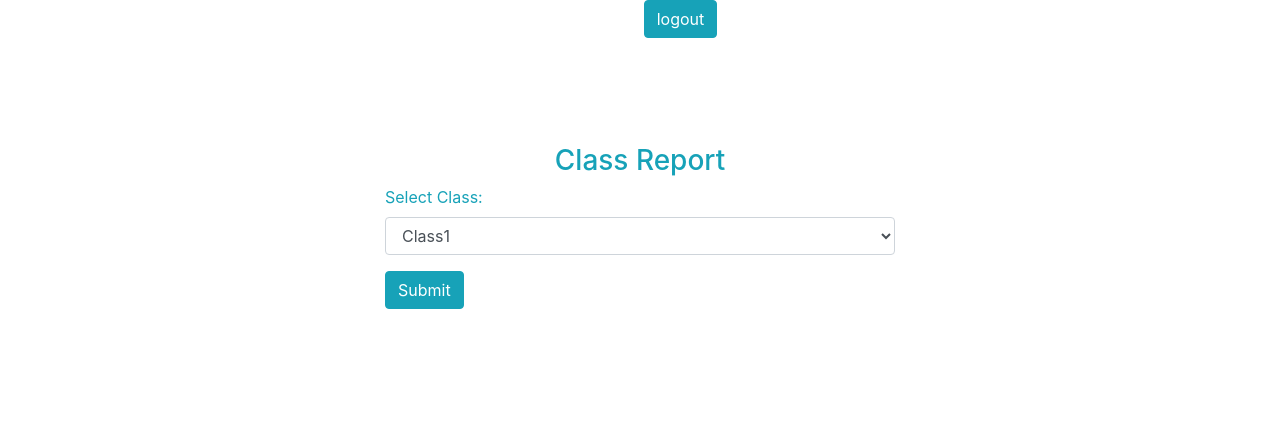
Repository: sindurup/Phase2Project
Page: http://localhost/LearnersAcademyPro/classInfo.jsp
An editor plug-in stored every save of this project. The page is shown before and after the next save, followed by the edit.
The browser window is 1280 px wide. The pictures show the whole page.
Pictures or frames that could not be fetched are drawn as grey boxes. Some web libraries are served in a nearby version. The page is served by Tomcat 9. The session is filled in as if someone had signed in: {"uname": "Test User", "pw": 1}.

Above is the page before, as saved 2021-09-28 06:52:57.
Console error: TypeError: Cannot read properties of undefined (reading 'fn')

After the next save:
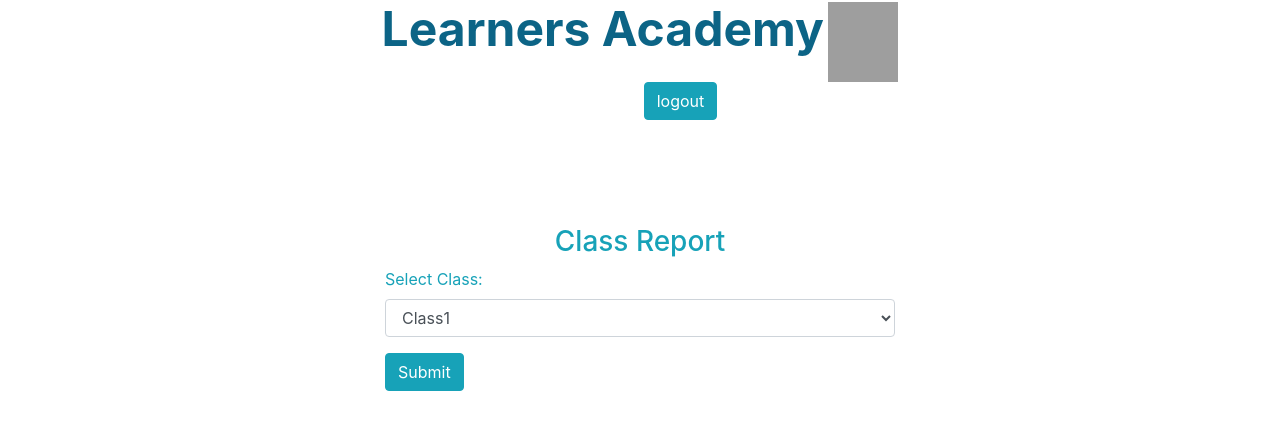
Saved 48 s later.
--- a/LearnersAcademyPro/src/main/webapp/classInfo.jsp
+++ b/LearnersAcademyPro/src/main/webapp/classInfo.jsp
@@ -24,6 +24,8 @@ HttpSession session1=request.getSession();
     }
 %>
 
+<div align="center"><label ><h1 class="text-center text-info"><font color="0C6486" size="50px"><b>Learners Academy</b></font></h1></label>
+ <img src="D:\Phase2Project\LearnersAcademyPro\1.png" style="width:70px;height:80px;" align="middle"></div>
    <div class="form-group" align="center" >
    <form id="logout" class="form" action="logout" method="post">
 
